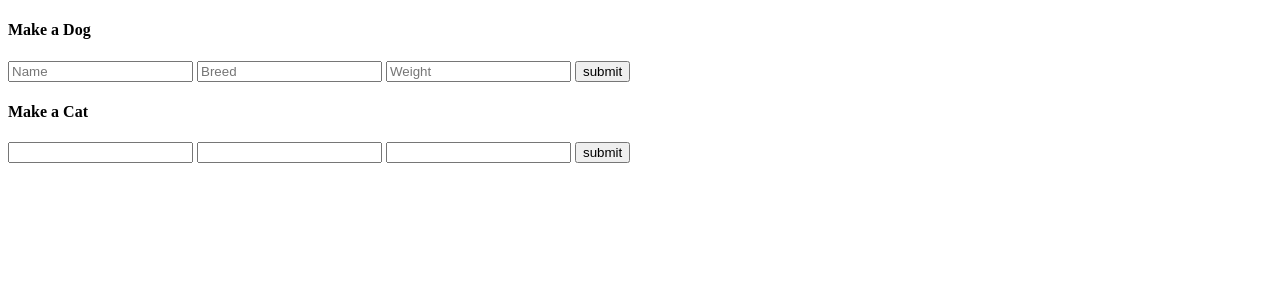
Repository: KMA91/DojoAssignments
Page: http://localhost/Pet/
These files come from the project's save history. The page is drawn as it stood at one moment and after the next save; the edit follows.
The browser window is 1280 px wide. The pictures show the whole page.
The page is served by Tomcat 9.

Above is the page before, as saved 2017-07-11 22:48:04.

After the next save:
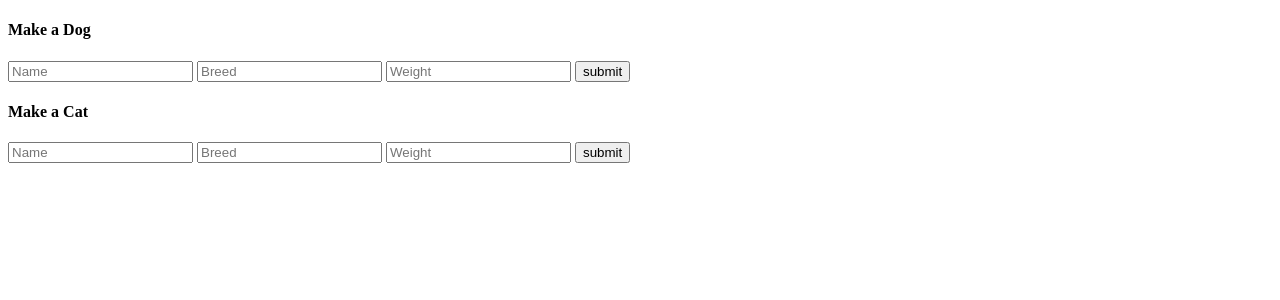
Saved 19 s later.
--- a/Java/JavaWork/Pet/WebContent/pet.jsp
+++ b/Java/JavaWork/Pet/WebContent/pet.jsp
@@ -18,9 +18,9 @@
 
 <h4>Make a Cat</h4>
 	<form action="cat" method="post">
-  		<input type="text" name="">
-  		<input type="text" name="">
-  		<input type="text" name="">
+  		<input type="text" name="name" placeholder="Name">
+  		<input type="text" name="breed" placeholder="Breed">
+  		<input type="number" name="weight" placeholder="Weight">
   		<input type="submit" value="submit">
 	</form>
 </body>
